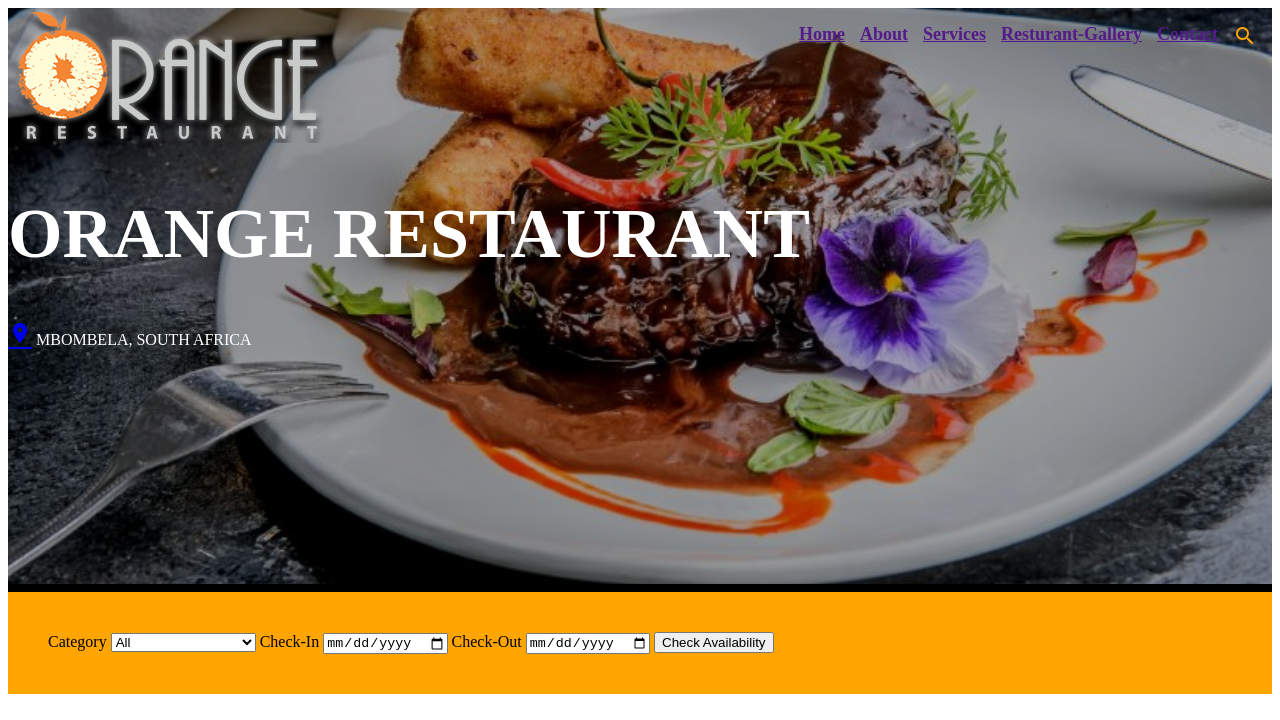
Repository: KaraboM20/KaraboUpdatedProjectOrang-Rest
Page: index.html
The author's editor kept a copy of each file at every save. The page is drawn from the files as they stood at one save, then again after the next save.
The browser window is 1280 px wide. The pictures show the whole page.

Above is the page before, as saved 2024-11-21 15:58:16.

### index.html
<!DOCTYPE html>
<html lang="en">
<head>
    <meta charset="UTF-8">
    <meta name="viewport" content="width=device-width, initial-scale=1.0">
    <link href="https://fonts.googleapis.com/icon?family=Material+Icons" rel="stylesheet">
    <link rel="stylesheet" href="./style.css">
    <title>Orange Resturant</title>
</head>
<body>
    <header>
        <div class="upper-section">

            <div class="overlay">
                <div class="navbar">
                    <div class="logo">
                       <img src="./assets/Orange-Logo.png" alt="">
                    </div>
                    <div class="nav-info">
                       <ul>
                        <li><a href="">Home</a></li>
                        <li><a href="">About</a></li>
                        <li><a href="">Services</a></li>
                        <li><a href="">Resturant-Gallery</a></li>
                        <li><a href="">Contact</a></li>
                           <li><span class="material-icons">search</span></li>
                       </ul>
                    </div>
                   </div>

                   <div class="banner-wrap">
                    <div class="name">
                       <h1>ORANGE RESTAURANT</h1>
                    </div>

                       <div class="icon-div"><span class="icon">
                           <span class="material-icons"><a href="https://www.google.com/maps/dir//4+Du+Preez+St,+Mbombela,+1200/@-25.4780157,30.9067737,12z/data=!4m8!4m7!1m0!1m5!1m1!1s0x1ee849f51301d8b7:0xb337d404eb7d9758!2m2!1d30.9891752!2d-25.4780387?entry=ttu&g_ep=EgoyMDI0MTExOC4wIKXMDSoASAFQAw%3D%3D" target="_blank">location_on</a> </span>
                           MBOMBELA, SOUTH AFRICA
                       </span>
                    </div>

                   </div>

            </div>

        <div class="navbar">
         <div class="logo">
            <img src="./assets/Orange-Logo.png" alt="">
         </div>
         <div class="nav-info">
            <ul>
                <li><a href="">Home</a></li>
                <li><a href="">About</a></li>
                <li><a href="">Services</a></li>
                <li><a href="">Resturant-Gallery</a></li>
                <li><a href="">Contact</a></li>
                <li><span class="material-icons">search</span> </li>
            </ul>
         </div>
        </div>

        <div class="banner-wrap">
            <div class="name"><h1>ORANGE RESTAURANT</h1></div>
            <div class="icon-div">
            <span class="icon">
                <span class="material-icons"><a href="https://www.google.com/maps/dir//4+Du+Preez+St,+Mbombela,+1200/@-25.4780157,30.9067737,12z/data=!4m8!4m7!1m0!1m5!1m1!1s0x1ee849f51301d8b7:0xb337d404eb7d9758!2m2!1d30.9891752!2d-25.4780387?entry=ttu&g_ep=EgoyMDI0MTExOC4wIKXMDSoASAFQAw%3D%3D" target="_blank">location_on</a> </span>
                MBOMBELA, SOUTH AFRICA
            </span>
            </div>

        </div>

        </div>


    </header>

    <section>
        <form class="check-availability">

            <label for="name">Category</label>
            <select name="category" id="category">
                <option value="all">All</option>
                <option value="Wedding and Events">Wedding and Events</option>
                <option value="Conferencing">Conferencing</option>
                <option value="The Mandarin Room">The Mandarin Room</option>
            </select>
            <label for="name">Check-In</label>
            <input type="date">

            <label for="name">Check-Out</label>
            <input type="date">

            <button>Check Availability</button>
        </form>

    </section>
</body>
</html>

### style.css


.upper-section {
    background-image: url(./assets/food-image.jpg);
    background-size: cover;
    background-position: center;
    height: 80vh;
    border-bottom: 8px solid black;
    position: relative;

}

.overlay {
    z-index: 1;
    height: 100%;
    width: 100%;
    background: black;
    position: absolute;
    top: 0;
    opacity: 30%;
}

.navbar {
    display: flex;
    justify-content: space-between;
}

.nav-info ul {
    list-style: none;
    color: orange;
    display: flex;
    cursor: pointer;

}

.nav-info li {
    margin-right: 15px;
    font-size: 18px;
    font-weight: bold;
    text-decoration: none;
    color: orange;
}

.nav-info li:hover {
    color: blueviolet;
    background-color: aqua;
}

.name {
    align-items: center;
    justify-content: center;
}

h1 {
    color: white;
    font-size: 70px;

}

.icon-div {
    text-decoration:none;
    color: white;

}

.check-availability {
   background-color: orange;
   padding: 40px;
}

After the next save:
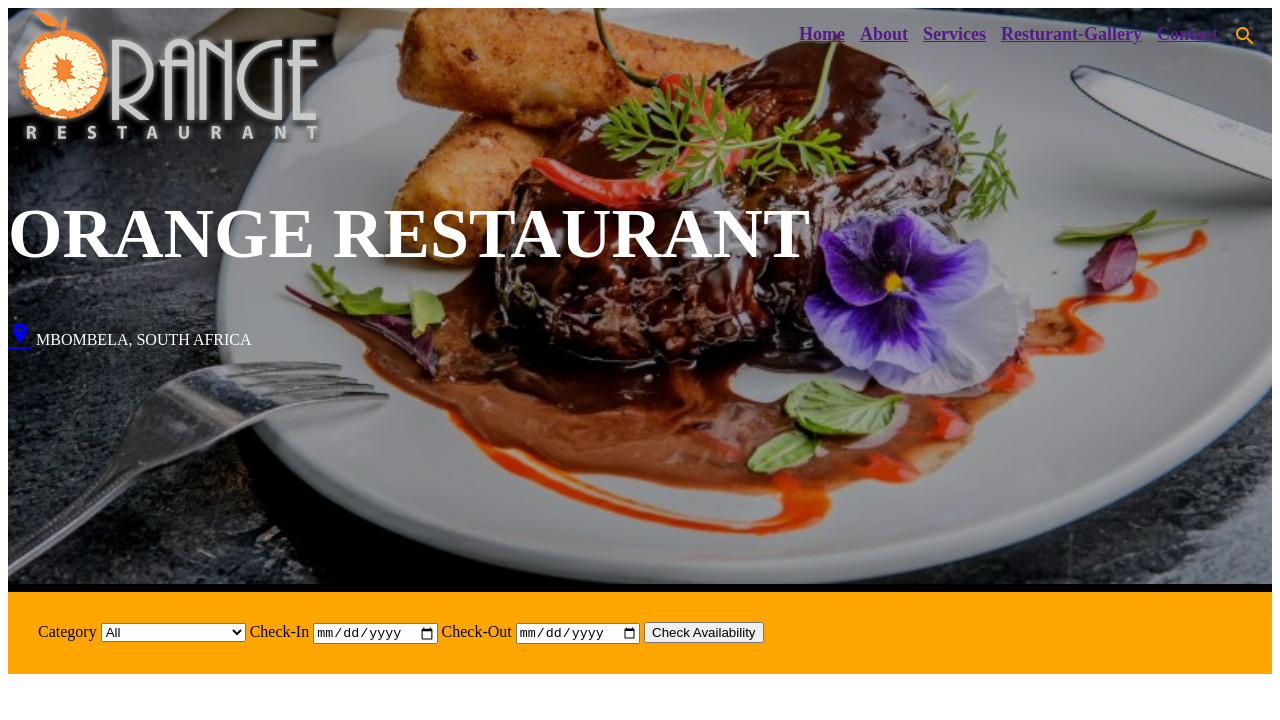
Saved 6 s later.
--- a/style.css
+++ b/style.css
@@ -65,5 +65,5 @@
 
 .check-availability {
    background-color: orange;
-   padding: 40px;
+   padding: 30px;
 }

After the save that followed:
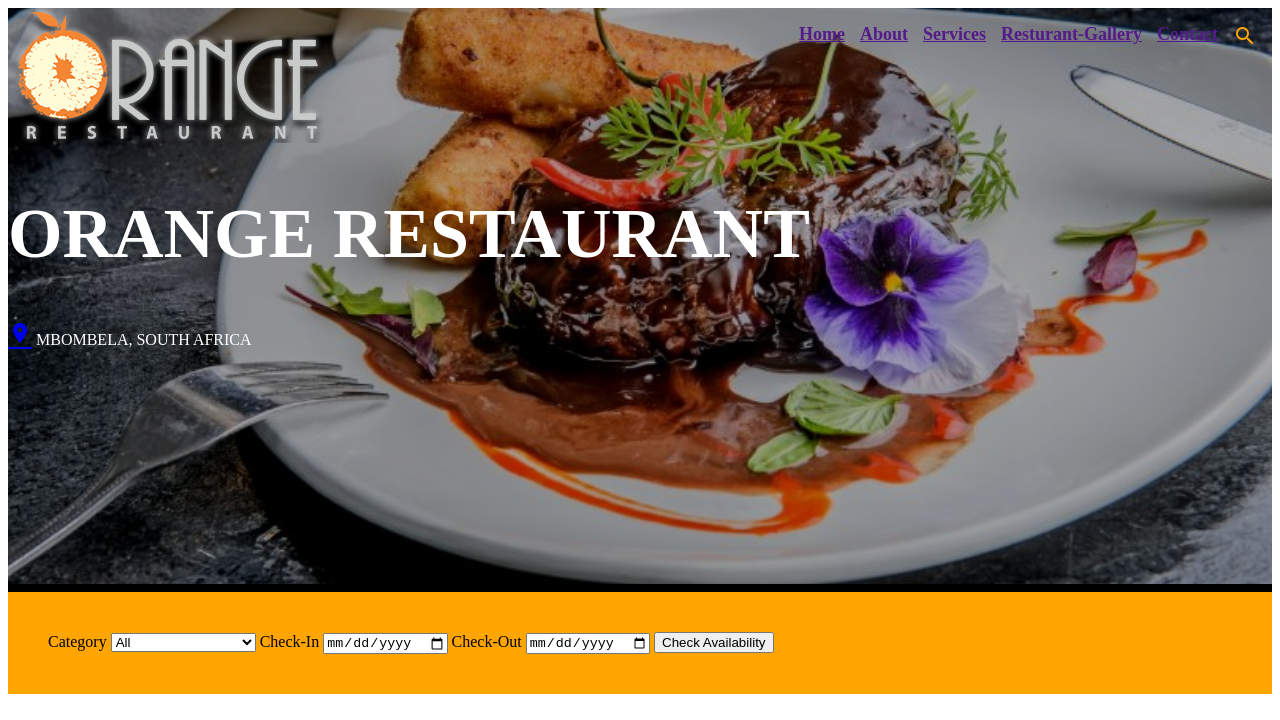
Saved 46 s later.
--- a/style.css
+++ b/style.css
@@ -65,5 +65,5 @@
 
 .check-availability {
    background-color: orange;
-   padding: 30px;
+   padding: 40px;
 }
